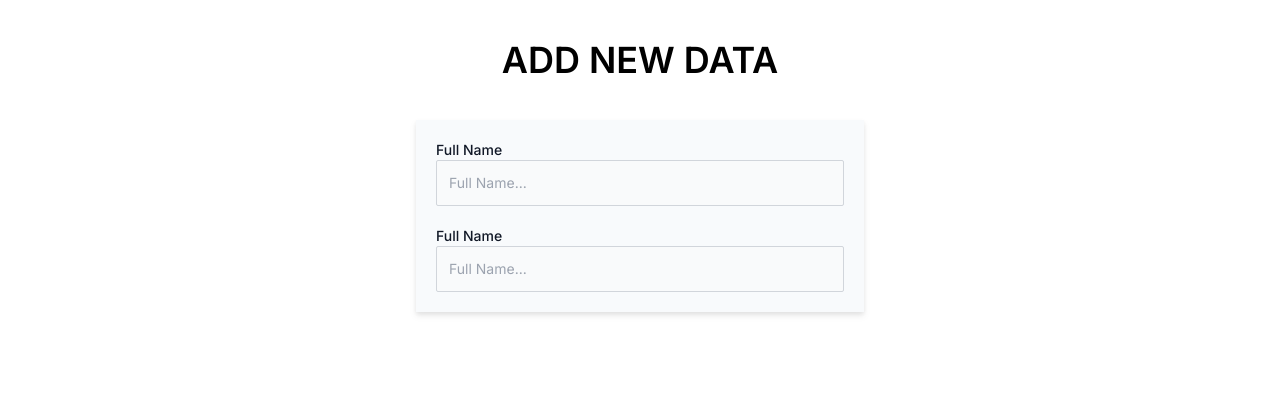
Repository: KilluaProject/crud-nextjs14
Page: /contacts/create
The author's editor kept a copy of each file at every save. The page is drawn from the files as they stood at one save, then again after the next save.
The browser window is 1280 px wide. The pictures show the whole page.
The project was rebuilt for these pictures with package versions that can differ from the ones it lists, and the page was loaded fresh each time. The framework's server and built-in components were replaced by stand-ins that run in the browser. Also part of the build but not shown: next.config.mjs.

Above is the page before, as saved 2024-06-30 14:14:18.

After the next save:
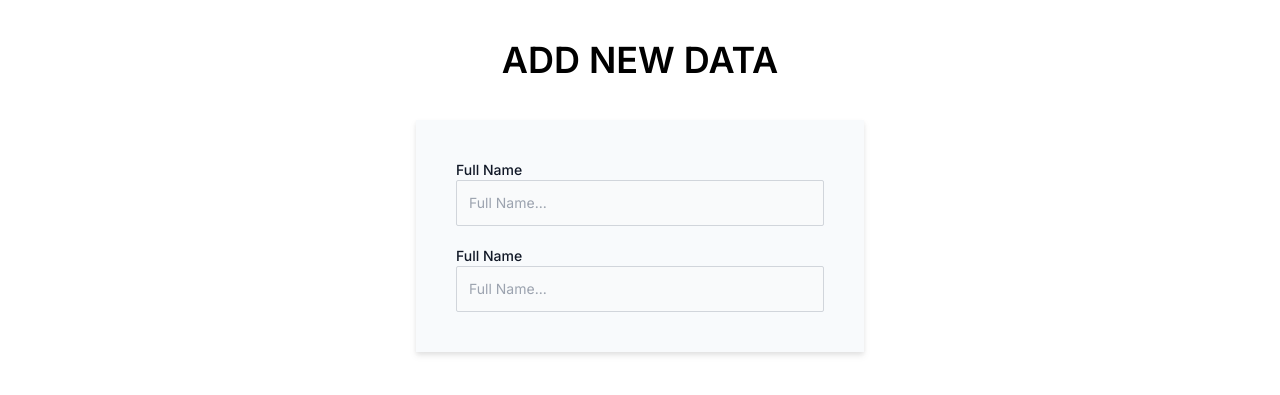
Saved 15 s later.
--- a/components/CreateForm.tsx
+++ b/components/CreateForm.tsx
@@ -2,7 +2,7 @@ import React from 'react'
 
 const CreateForm = () => {
   return (
-    <div className='bg-slate-50 drop-shadow-md p-5'>
+    <div className='bg-slate-50 drop-shadow-md p-10'>
       <form className='flex flex-col gap-5' action="">
         <div>
           <label htmlFor="name" className='block text-sm font-medium text-gray-900'>Full Name</label>
